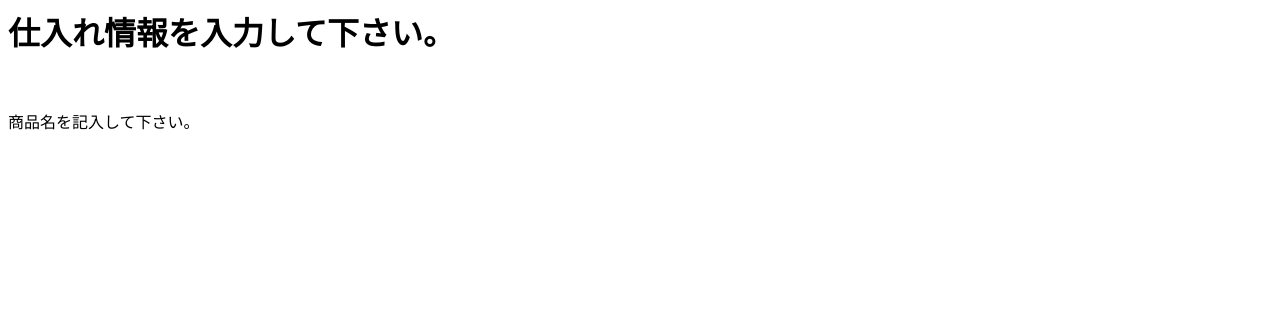
Repository: hayashikazuki/quroud9
Page: http://localhost/hurugi_keisan/hurugi_add.php
The author's editor kept a record of every edit. The page is drawn from the files as they stood at one moment, then again after the next edit.
The browser window is 1280 px wide. The pictures show the whole page.
The page is run by PHP 8.4 with error messages shown; the project is at /var/www/html/.

Above is the page before.

After the next edit:
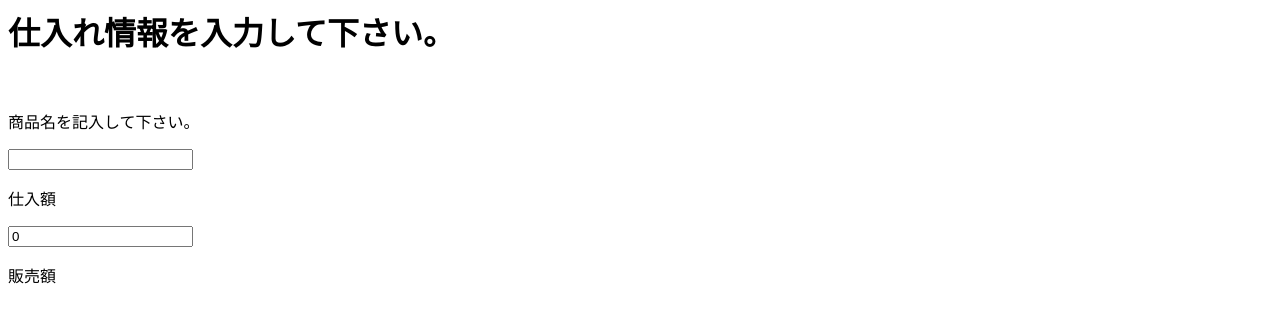
The edit:
--- a/hurugi_keisan/hurugi_add.php
+++ b/hurugi_keisan/hurugi_add.php
@@ -9,7 +9,13 @@
         <br />
         <form action="hurugi_check.php" method="post">
             <p>商品名を記入して下さい。</p>
-
+            <input type="text" name="name">
+            <br />
+            <p>仕入額</p>
+            <input type="text" value="0">
+            <br />
+            <p>販売額</p>
+            <inpuut type="text"
         </form>
     </body>
 </html>
